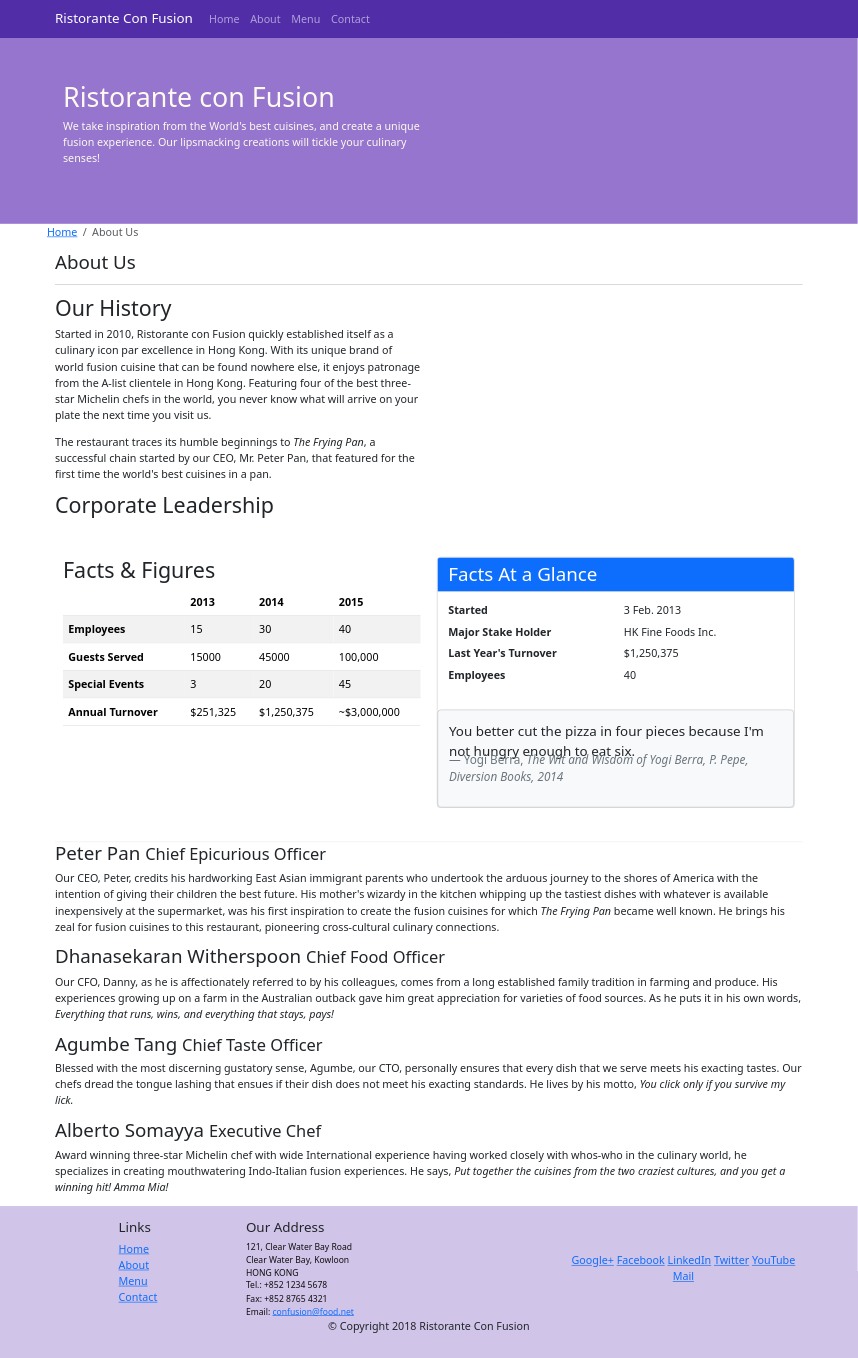
Repository: DungBuiTuan/FER201m
Page: aboutus.html
These files come from the project's save history. The page is drawn as it stood at one moment and after the next save; the edit follows.
The browser window is 1280 px wide. The pictures show the whole page, at 67% of full size.
Some web libraries are served in a nearby version.

Above is the page before, as saved 2023-05-17 11:08:32.

### aboutus.html
<!DOCTYPE html>
<html lang="en">

<head>

    <title>Ristorante Con Fusion: About Us</title>
    <meta charset="utf-8">
    <meta name="viewport" content="width=device-width, initial-scale=1, shrink-to-fit=no">
    <meta http-equiv="x-ua-compatible" content="ie=edge">
    <!-- Bootstrap CSS -->
    <link rel="stylesheet" href="node_modules/bootstrap/dist/css/bootstrap.min.css">
    <link href="CSS/styles.css" rel="stylesheet">
</head>

<body>
    <nav class="navbar navbar-dark navbar-expand-sm fixed-top">
        <div class="container">
            <button class="navbar-toggler" type="button" data-toggle="collapse" data-target="#Navbar">
                <span class="navbar-toggler-icon"></span>
            </button>
            <a class="navbar-brand" href="#">Ristorante Con Fusion</a>
            <div class="collapse navbar-collapse" id="Navbar">
                <ul class="navbar-nav mr-auto">
                    <li class="nav-item active"><a class="nav-link" href="#">Home</a></li>
                    <li class="nav-item"><a class="nav-link" href="./aboutus.html">About</a></li>
                    <li class="nav-item"><a class="nav-link" href="#">Menu</a></li>
                    <li class="nav-item"><a class="nav-link" href="#">Contact</a></li>
                </ul>
            </div>

        </div>

    </nav>
    <header class="jumbotron">
        <div class="container">
            <div class="row row-header">
                <div class="col-12 col-sm-6">
                    <h1>Ristorante con Fusion</h1>
                    <p>We take inspiration from the World's best cuisines, and create a unique fusion experience. Our lipsmacking creations will tickle your culinary senses!</p>
                </div>
                <div class="col-12 col-sm">
                </div>
            </div>
        </div>
    </header>

    <div class="container">
        <div class="row">
            <ol class="col-12 breadcrumb">
                <li class="breadcrumb-item"><a href="./index.html">Home</a></li>
                <li class="breadcrumb-item active">About Us</li>
            </ol>
            <div class="col-12">
               <h3>About Us</h3>
               <hr>
            </div>
        </div>

        <div class="row">
            <div class="col-12 col-sm-6 col-md-6">
                <h2>Our History</h2>
                <p>Started in 2010, Ristorante con Fusion quickly established itself as a culinary icon par excellence in Hong Kong. With its unique brand of world fusion cuisine that can be found nowhere else, it enjoys patronage from the A-list clientele in Hong Kong.  Featuring four of the best three-star Michelin chefs in the world, you never know what will arrive on your plate the next time you visit us.</p>
                <p>The restaurant traces its humble beginnings to <em>The Frying Pan</em>, a successful chain started by our CEO, Mr. Peter Pan, that featured for the first time the world's best cuisines in a pan.</p>
            </div>
            <div>
            </div>
        </div>


        <div class="row">
            <div class="col col-sm col-md">
                <div>
                    <div>
                        <h2>Corporate Leadership</h2>
                        <div class="row row-content">
                            <div class="col-12 col-sm-6">
                                <h2>Facts &amp; Figures</h2>
                                <div class="table-responsive">
                                    <table class="table table-striped">
                                        <thead class="thead-dark">
                                            <tr>
                                                <th>&nbsp;</th>
                                                <th>2013</th>
                                                <th>2014</th>
                                                <th>2015</th>
                                            </tr>
                                        </thead>
                                        <tbody>
                                            <tr>
                                                <th>Employees</th>
                                                <td>15</td>
                                                <td>30</td>
                                                <td>40</td>
                                            </tr>
                                            <tr>
                                                <th>Guests Served</th>
                                                <td>15000</td>
                                                <td>45000</td>
                                                <td>100,000</td>
                                            </tr>
                                            <tr>
                                                <th>Special Events</th>
                                                <td>3</td>
                                                <td>20</td>
                                                <td>45</td>
                                            </tr>
                                            <tr>
                                                <th>Annual Turnover</th>
                                                <td>$251,325</td>
                                                <td>$1,250,375</td>
                                                <td>~$3,000,000</td>
                                            </tr>
                                        </tbody>
                                    </table>
                                </div>
                            </div>
                            <div class="col-12 col-sm-6">
                                <div class="card">
                                    <h3 class="card-header bg-primary text-white">Facts At a Glance</h3>
                                    <div class="card-body">
                                        <dl class="row">
                                            <dt class="col-6">Started</dt>
                                            <dd class="col-6">3 Feb. 2013</dd>
                                            <dt class="col-6">Major Stake Holder</dt>
                                            <dd class="col-6">HK Fine Foods Inc.</dd>
                                            <dt class="col-6">Last Year's Turnover</dt>
                                            <dd class="col-6">$1,250,375</dd>
                                            <dt class="col-6">Employees</dt>
                                            <dd class="col-6">40</dd>
                                        </dl>
                                    </div>
                                    <div class="col-12">
                                        <div class="card card-body bg-light">
                                            <blockquote class="blockquote">
                                                <p class="mb-0">You better cut the pizza in four pieces because
                                                    I'm not hungry enough to eat six.</p>
                                                <footer class="blockquote-footer">Yogi Berra,
                                                    <cite title="Source Title">The Wit and Wisdom of Yogi Berra,
                                                    P. Pepe, Diversion Books, 2014</cite>
                                                </footer>
                                            </blockquote>
                                        </div>
                                    </div>

                                </div>
                            </div>
                       </div>

                        <h3>Peter Pan <small>Chief Epicurious Officer</small></h3>
                    </div>
                    <div class="d-none d-sm-block">
                        <p>Our CEO, Peter, credits his hardworking East Asian immigrant parents who undertook the arduous journey to the shores of America with the intention of giving their children the best future. His mother's wizardy in the kitchen whipping up the tastiest dishes with whatever is available inexpensively at the supermarket, was his first inspiration to create the fusion cuisines for which <em>The Frying Pan</em> became well known. He brings his zeal for fusion cuisines to this restaurant, pioneering cross-cultural culinary connections.</p>
                    </div>
                </div>
                <div>
                    <div>
                        <h3>Dhanasekaran Witherspoon <small>Chief Food Officer</small></h3>
                    </div>
                    <div class="d-none d-sm-block">
                        <p>Our CFO, Danny, as he is affectionately referred to by his colleagues, comes from a long established family tradition in farming and produce. His experiences growing up on a farm in the Australian outback gave him great appreciation for varieties of food sources. As he puts it in his own words, <em>Everything that runs, wins, and everything that stays, pays!</em></p>
                    </div>
                </div>
                <div>
                    <div>
                        <h3>Agumbe Tang <small>Chief Taste Officer</small></h3>
                    </div>
                    <div class="d-none d-sm-block">
                        <p>Blessed with the most discerning gustatory sense, Agumbe, our CTO, personally ensures that every dish that we serve meets his exacting tastes. Our chefs dread the tongue lashing that ensues if their dish does not meet his exacting standards. He lives by his motto, <em>You click only if you survive my lick.</em></p>
                    </div>
                </div>
                <div>
                    <div>
                        <h3>Alberto Somayya <small>Executive Chef</small></h3>
                    </div>
                    <div class="d-none d-sm-block">
                        <p>Award winning three-star Michelin chef with wide International experience having worked closely with whos-who in the culinary world, he specializes in creating mouthwatering Indo-Italian fusion experiences. He says, <em>Put together the cuisines from the two craziest cultures, and you get a winning hit! Amma Mia!</em></p>
                    </div>
                </div>
            </div>
       </div>
    </div>

    <footer class="footer">
        <div class="container">
            <div class="row">
                <div class="col-4 offset-1 col-sm-2">
                    <h5>Links</h5>
                    <ul class="list-unstyled">
                        <li><a href="#">Home</a></li>
                        <li><a href="#">About</a></li>
                        <li><a href="#">Menu</a></li>
                        <li><a href="#">Contact</a></li>
                    </ul>
                </div>
                <div class="col-7 col-sm-5">
                    <h5>Our Address</h5>
                    <address>
		              121, Clear Water Bay Road<br>
		              Clear Water Bay, Kowloon<br>
		              HONG KONG<br>
		              Tel.: +852 1234 5678<br>
		              Fax: +852 8765 4321<br>
		              Email: <a href="mailto:confusion@food.net">confusion@food.net</a>
		           </address>
                </div>
                <div class="col-12 col-sm-4 align-self-center">
                    <div class="text-center">
                        <a href="http://google.com/+">Google+</a>
                        <a href="http://www.facebook.com/profile.php?id=">Facebook</a>
                        <a href="http://www.linkedin.com/in/">LinkedIn</a>
                        <a href="http://twitter.com/">Twitter</a>
                        <a href="http://youtube.com/">YouTube</a>
                        <a href="mailto:">Mail</a>
                    </div>
                </div>
           </div>
           <div class="row justify-content-center">
                <div class="col-auto">
                    <p>© Copyright 2018 Ristorante Con Fusion</p>
                </div>
           </div>
        </div>
    </footer>

</body>

</html>

### css/styles.css
body{
    padding:50px 0px 0px 0px;
    z-index:0;
}

.navbar-dark {
     background-color: #512DA8;
}

.row-header{
    margin:0px auto;
    padding:0px;
}

.row-content {
    margin:0px auto;
    padding: 50px 0px 50px 0px;
    border-bottom: 1px ridge;
    min-height:400px;
}

.footer{
    background-color: #D1C4E9;
    margin:0px auto;
    padding: 20px 0px 20px 0px;
}

.jumbotron {
    padding:70px 30px 70px 30px;
    margin:0px auto;
    background: #9575CD ;
    color:floralwhite;
}

address{
    font-size:80%;
    margin:0px;
    color:#0f0f0f;
}

After the next save:
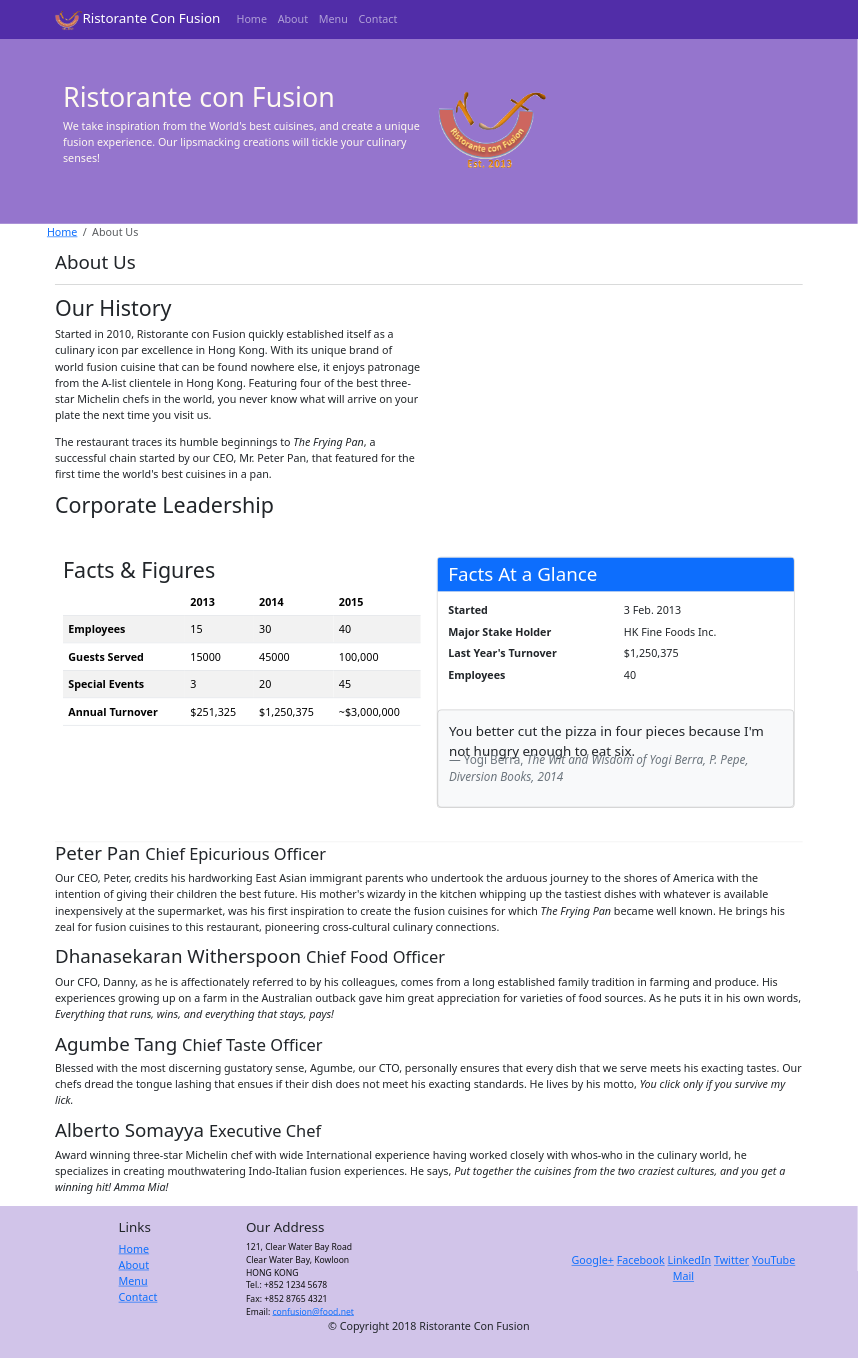
Saved 99 s later.
--- a/aboutus.html
+++ b/aboutus.html
@@ -18,7 +18,7 @@
             <button class="navbar-toggler" type="button" data-toggle="collapse" data-target="#Navbar">
                 <span class="navbar-toggler-icon"></span>
             </button>
-            <a class="navbar-brand" href="#">Ristorante Con Fusion</a>
+            <a class="navbar-brand mr-auto" href="#"><img src="img/img/logo.png" height="30" width="41">Ristorante Con Fusion</a>
             <div class="collapse navbar-collapse" id="Navbar">
                 <ul class="navbar-nav mr-auto">
                     <li class="nav-item active"><a class="nav-link" href="#">Home</a></li>
@@ -38,7 +38,8 @@
                     <h1>Ristorante con Fusion</h1>
                     <p>We take inspiration from the World's best cuisines, and create a unique fusion experience. Our lipsmacking creations will tickle your culinary senses!</p>
                 </div>
-                <div class="col-12 col-sm">
+                <div class="col-12 col-sm align-self-center">
+                    <img src="img/img/logo.png" class="img-fluid">
                 </div>
             </div>
         </div>
